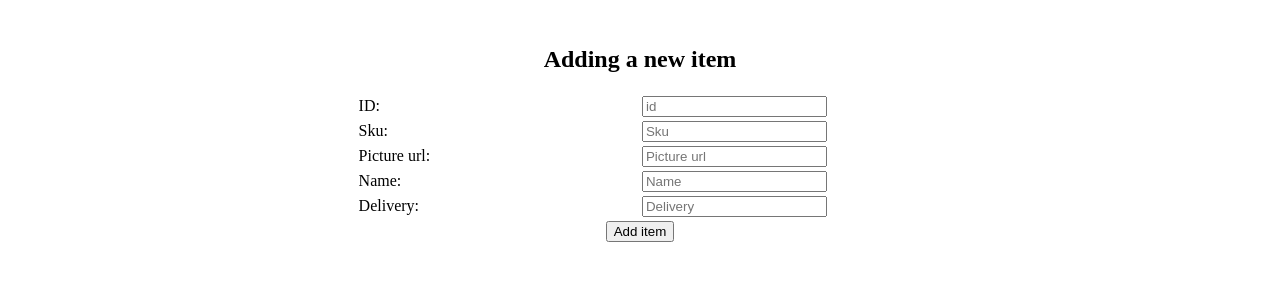
Repository: UnforgivenZZZ/bulldog
Page: http://localhost/bulldog/Additem.jsp
These files come from the project's save history. The page is drawn as it stood at one moment and after the next save; the edit follows.
The browser window is 1280 px wide. The pictures show the whole page.
The page is served by Tomcat 9. Nobody is signed in. The application's start-up code is not run. Other server files are loaded and not shown.

Above is the page before, as saved 2017-07-12 07:55:23.

### bulldog/WebContent/Additem.jsp
<%@ page language="java" contentType="text/html; charset=ISO-8859-1"
    pageEncoding="ISO-8859-1"%>
<!DOCTYPE html PUBLIC "-//W3C//DTD HTML 4.01 Transitional//EN" "http://www.w3.org/TR/html4/loose.dtd">
<html>
<head>
<meta http-equiv="Content-Type" content="text/html; charset=ISO-8859-1">
<title>Send an e-mail</title>
</head>
<body>
    <form action="additem" method="post">
        <table border="0" width="45%" align="center">
            <caption><h2>Adding a new item</h2></caption>
             <tr>
                <td width="50%">ID: </td>
                <td><input type="text" placeholder="id" name="_id"></td>
            </tr>
             <tr>
                <td width="50%">Sku: </td>
                <td><input type="text" placeholder="Sku" name="_Sku"></td>
            </tr>
            <tr>
                <td>Picture url: </td>
                <td><input type="text" placeholder="Picture url" name="_Pictureurl"></td>
            </tr>
            <tr>
                <td>Name: </td>
                <td><input type="text" placeholder="Name" name="_Name"></td>
            </tr>
            <tr>
                <td>Delivery: </td>
                <td><input type="text" placeholder="Delivery" name="_Delivery"></td>
            </tr>


			<br/>

            <tr>
            <!-- change to onlick cannot proces if not working with duplicate -->
                <td colspan="2" align="center"><input type="Submit" value="Add item" /></td>
            </tr>
        </table>

    </form>
</body>
</html>

After the next save:
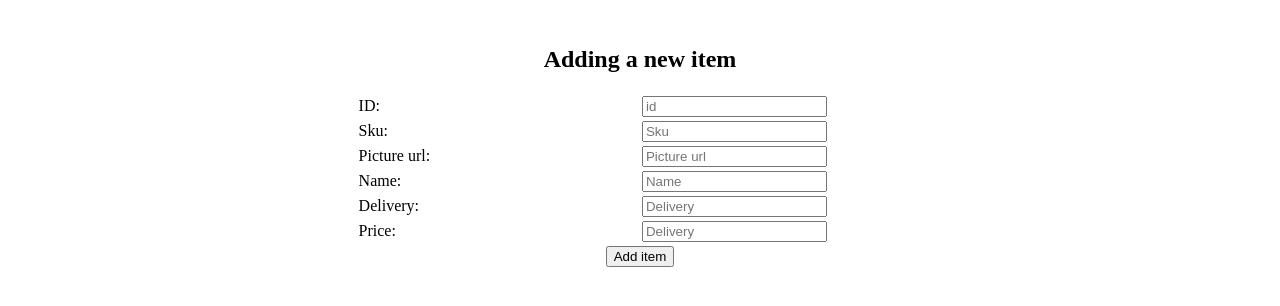
Saved 1 s later.
--- a/bulldog/WebContent/Additem.jsp
+++ b/bulldog/WebContent/Additem.jsp
@@ -30,6 +30,10 @@
                 <td>Delivery: </td>
                 <td><input type="text" placeholder="Delivery" name="_Delivery"></td>
             </tr>
+             <tr>
+                <td>Price: </td>
+                <td><input type="text" placeholder="Delivery" name="_price"></td>
+            </tr>
 
 
 			<br/>
